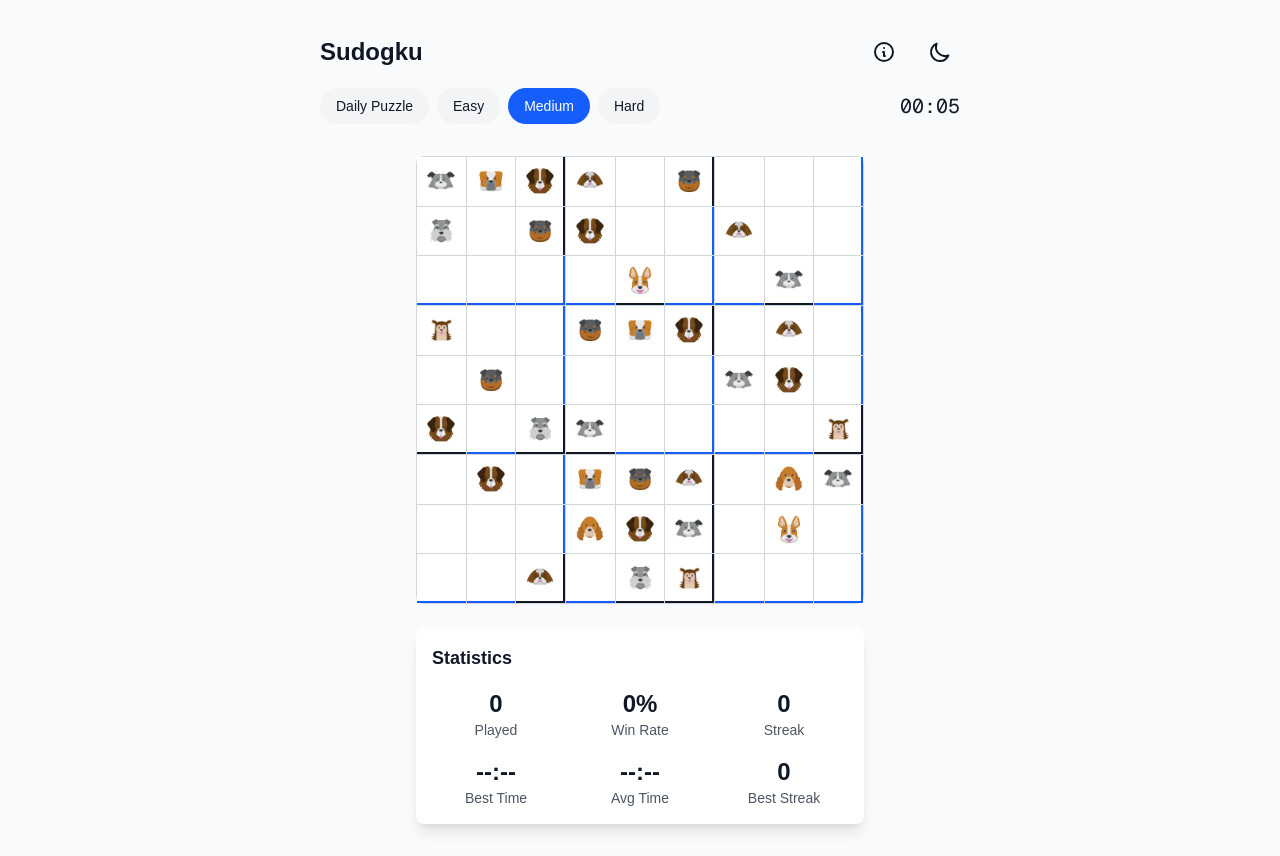
Repository: JavierSilvaF/sudogku
Page: / (app in sudogku-app/)
These files come from the project's save history. The page is drawn as it stood at one moment and after the next save; the edit follows.
The browser window is 1280 px wide. The pictures show the whole page.
The project was rebuilt for these pictures with package versions that can differ from the ones it lists, and the page was loaded fresh each time. The framework's server and built-in components were replaced by stand-ins that run in the browser. Also part of the build but not shown: sudogku-app/next.config.mjs, sudogku-app/next.config.ts.

Above is the page before, as saved 2025-04-06 02:56:25.

After the next save:
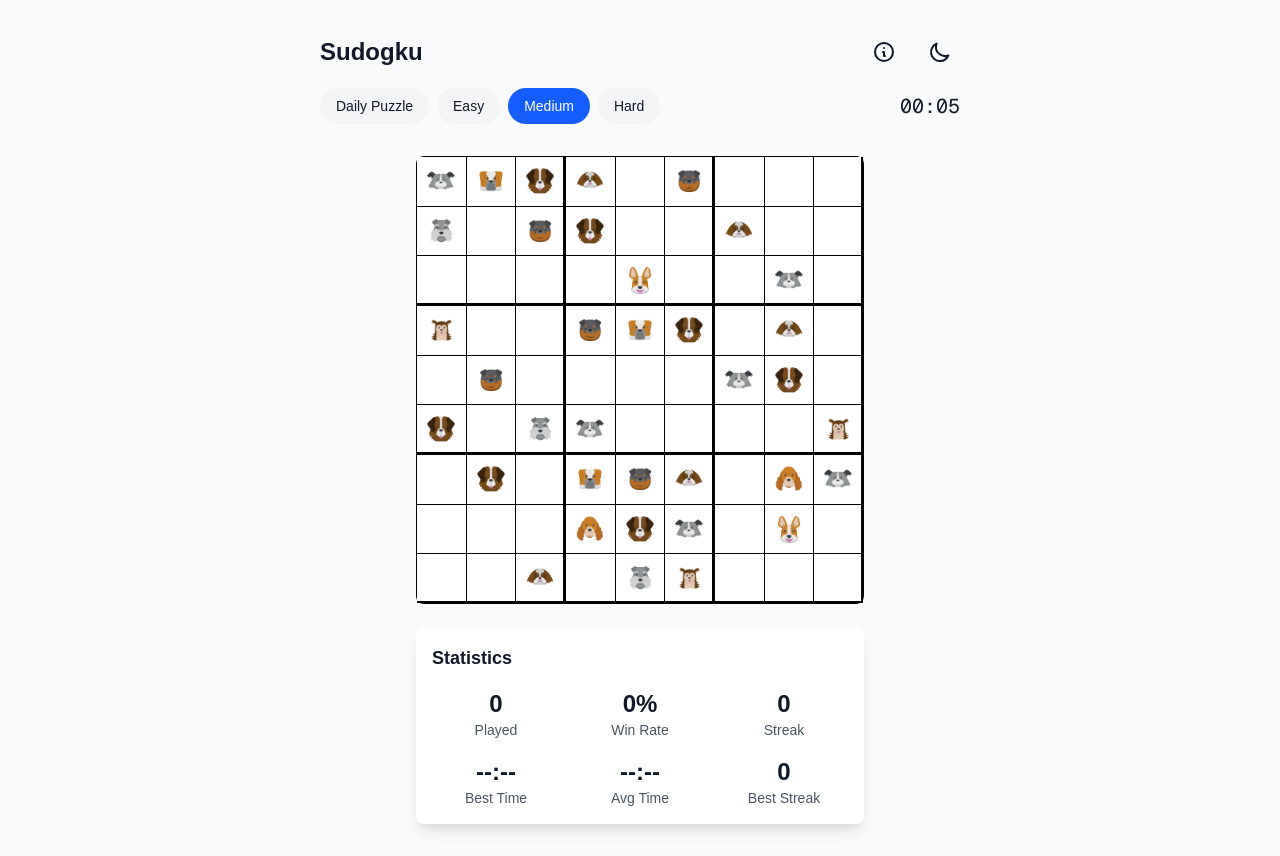
Saved 46 s later.
--- a/sudogku-app/src/components/GameBoard.tsx
+++ b/sudogku-app/src/components/GameBoard.tsx
@@ -120,7 +120,7 @@ export default function GameBoard() {
 
   return (
     <div className='w-full max-w-md aspect-square'>
-      <div className='grid grid-cols-9 gap-px bg-gray-300 dark:bg-gray-600 p-px rounded-lg'>
+      <div className='grid grid-cols-9 gap-px bg-black dark:bg-black p-px rounded-lg'>
         {board.map((row, rowIndex) =>
           row.map((cell, colIndex) => {
             const isSelected =
@@ -149,8 +149,16 @@ export default function GameBoard() {
                       : ''
                   }
                   ${hasError ? 'text-red-500 dark:text-red-400' : ''}
-                  ${(rowIndex + 1) % 3 === 0 ? 'border-b-2' : ''}
-                  ${(colIndex + 1) % 3 === 0 ? 'border-r-2' : ''}
+                  ${
+                    (rowIndex + 1) % 3 === 0
+                      ? 'border-b-2 border-black dark:border-white'
+                      : ''
+                  }
+                  ${
+                    (colIndex + 1) % 3 === 0
+                      ? 'border-r-2 border-black dark:border-white'
+                      : ''
+                  }
                   hover:bg-blue-50 dark:hover:bg-blue-900/50
                   transition-colors
                 `}
